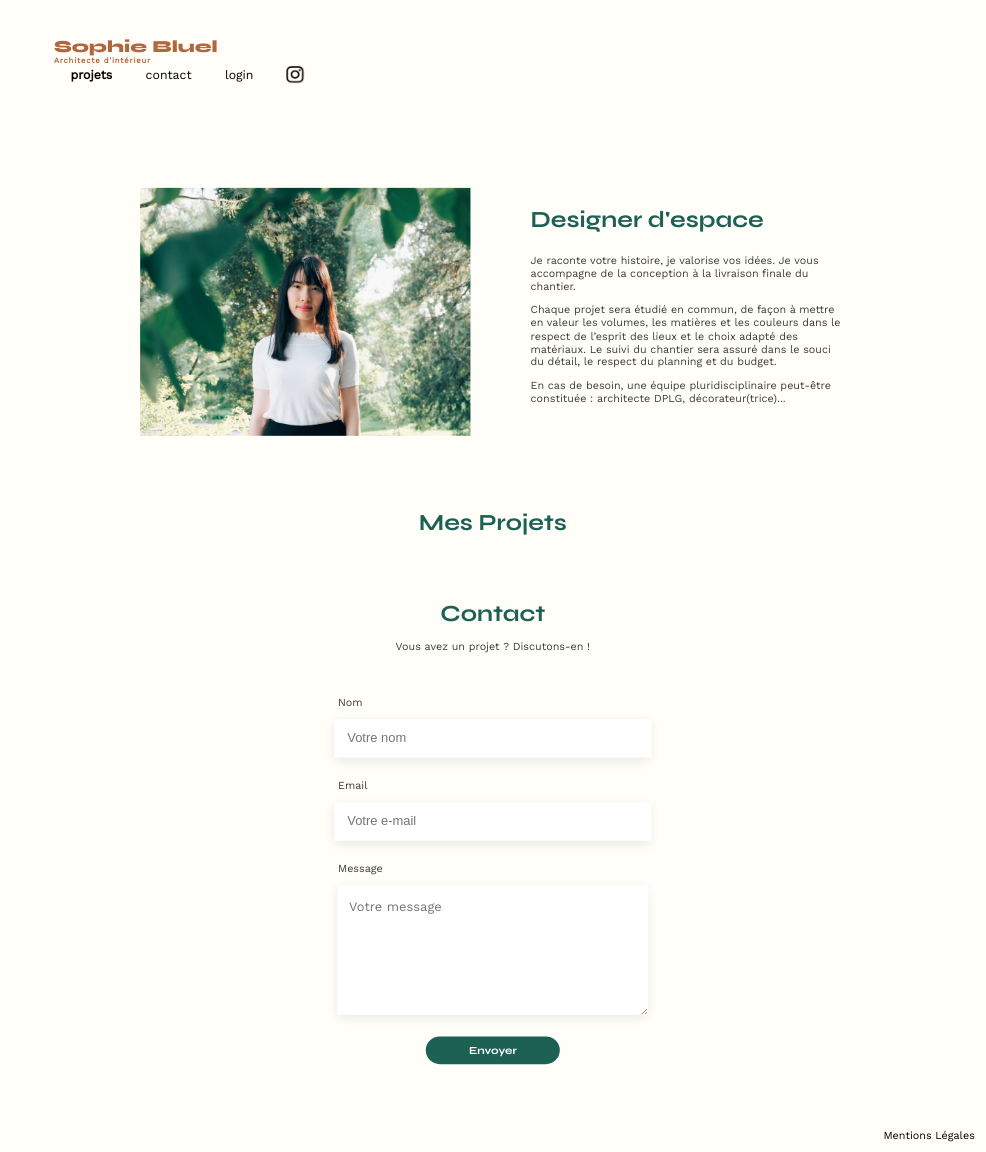
Repository: BlueSoley23/openclassrooms
Page: FrontEnd/index.html
The author's editor kept a copy of each file at every save. The page is drawn from the files as they stood at one save, then again after the next save.
The browser window is 1280 px wide. The pictures show the whole page, at 77% of full size.
The page's requests for data from a server got no answer.

Above is the page before, as saved 2023-12-21 07:53:57.
Console error: TypeError: categories is not iterable

After the next save:
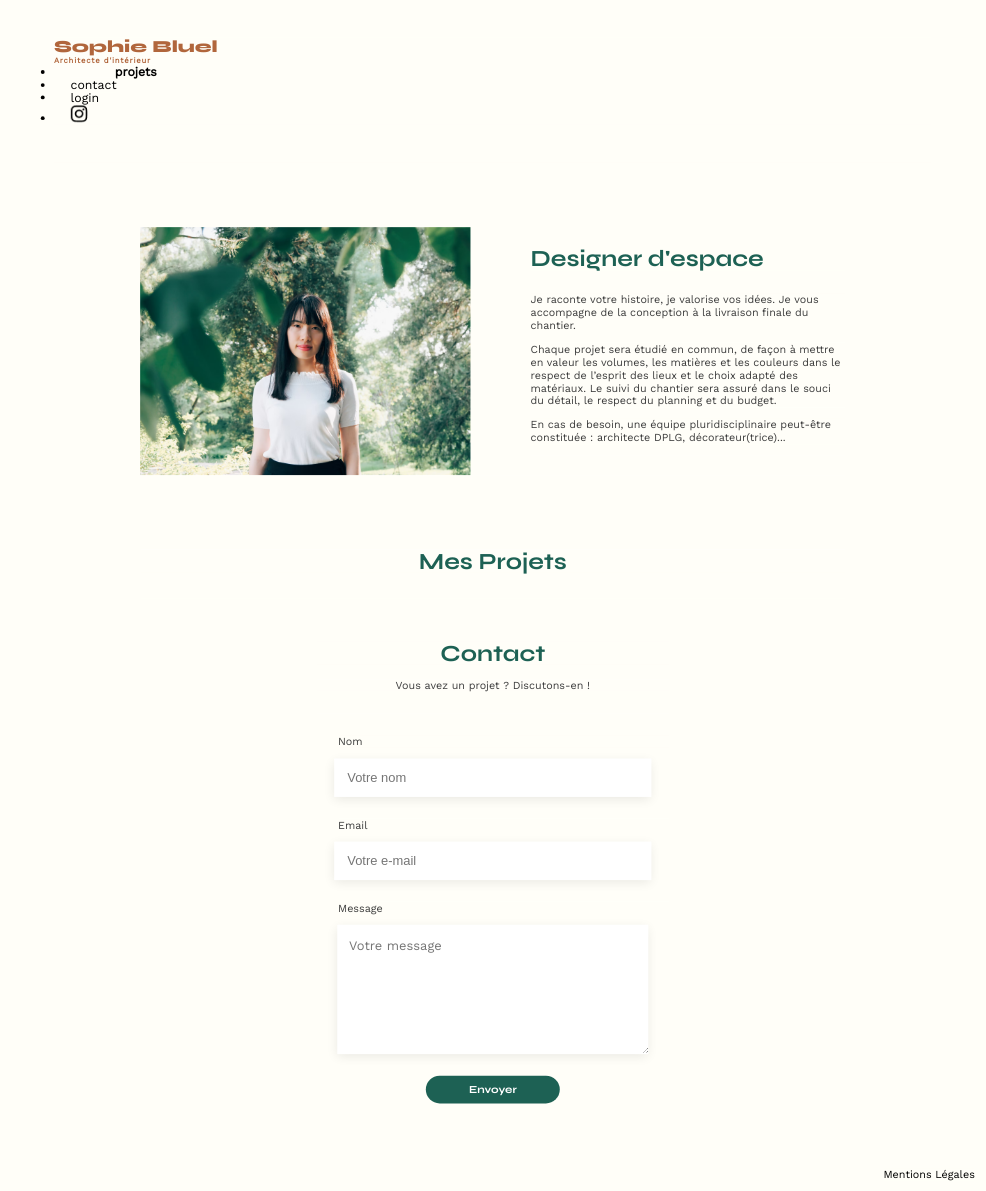
Saved 28 s later.
--- a/FrontEnd/assets/css/style.css
+++ b/FrontEnd/assets/css/style.css
@@ -520,6 +520,81 @@
 /* ##################### Définition des styles de la page en mode édition (utiliusateur connecté ##################### */
 /* ################################################################################################################### */
 
+	.edit-bar {
+		display: flex;
+		margin: 0;
+		width: 100vw;
+		height: 59px;
+		flex-shrink: 0;
+		background-color: #000;
+		position: fixed;
+		top: 0;
+		left: 0;
+		justify-content: center;
+		align-items: center;
+	}
+
+	.edit-bar__icon {
+		background-color: #000;
+		width: 15.58px;
+		margin-right: 1em;
+
+	}
+
+	.edit-bar__title {
+		background-color: #000;
+		color: white;
+		text-align: center;
+		font-family: Work Sans;
+		font-size: 16px;
+		font-style: normal;
+		font-weight: 400;
+		line-height: normal;
+		display: flex;
+		align-items: auto;
+	}
+
+	.deleted {
+			all: unset;
+	}
+	.header.logged {
+		display: flex;
+		flex-direction: column;
+	}
+
+	.header-block.logged {
+		margin-top: 59px;
+		display: flex;
+		justify-content: space-between;
+	  }
+
+	.portfolio__title--section.logged {
+		display: flex;
+		flex-direction: row;
+		justify-content: center;
+		justify-content: center;
+		align-items: center;
+		margin-bottom: 4.5em;
+	  }
+
+	.modifier-link__content.logged {
+	display: flex;
+	flex-direction: row;
+	justify-content: flex-end;
+	align-items: flex-end;
+	padding-top: 4.5em;
+	padding-left: 1.5em;
+	}
+
+	.modifier-link__content--title {
+	margin-left: 0.35em;
+	align-items: flex-end;
+	}
+
+	.modifier-link__content--icon {
+	color: #000;
+	}
+
 
 
 	.hidden {
